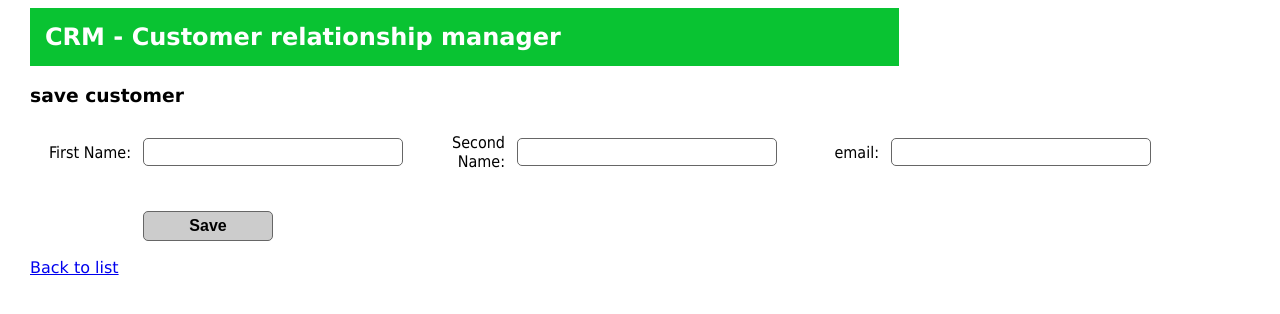
Repository: rapier250damage/WorkPlace
Page: http://localhost/web-customer-tracker/WEB-INF/view/customer-form.jsp
These files come from the project's save history. The page is drawn as it stood at one moment and after the next save; the edit follows.
The browser window is 1280 px wide. The pictures show the whole page.
The page is served by Tomcat 9. Nobody is signed in. Other server files are loaded and not shown. The template is opened directly, without the code that normally fills it, so the values that code supplies are empty.

Above is the page before, as saved 2019-05-13 18:22:31.

### web-customer-tracker/WebContent/WEB-INF/view/customer-form.jsp
<%@ taglib prefix="form" uri="http://www.springframework.org/tags/form" %>

<!DOCTYPE html>
<html>
<head>
	<title>Save Customer</title>
	<link type="text/css"
		rel="stylesheet"
		href="${pageContext.request.contextPath}/resources/css/style.css">
	<link type="text/css"
		rel="stylesheet"
		href="${pageContext.request.contextPath}/resources/css/add-customer-style.css">
</head>

<body>
	<div id="wrapper">
		<div id="header">
			<h2>CRM - Customer relationship manager</h2>
		</div>
	</div>

	<div id="container">
		<h3>save customer</h3>
		<form:form action="saveCustomer" modelAttribute="customer" method="POST">
			<table>
				<tbody>
					<tr>
						<td><label>First Name: </label></td>
						<td><form:input path="firstName" /></td>
						<td><label>Second Name: </label></td>
						<td><form:input path="secondName" /></td>
						<td><label>email: </label></td>
						<td><form:input path="email" /></td>
					</tr>
					<tr>
						<td><label></label></td>
						<td><input type="submit" value="Save" class="save" /></td>
					</tr>
				</tbody>
			</table>
		</form:form>

		<div style="clear; both;"> </div>

		<p>
			<a href="${pageContext.request.contextPath}/customer/list">Back to list</a>
		</p>
	</div>

</body>
</html>

### web-customer-tracker/WebContent/resources/css/style.css
html, body{
	margin-left:15px; margin-right:15px;
	padding:0px;
	font-family:Verdana, Arial, Helvetica, sans-serif;
}

table {
	border-collapse:collapse;
	border-bottom:1px solid gray;
	font-family: Tahoma,Verdana,Segoe,sans-serif;
	width:72%;
}

th {
	border-bottom:1px solid gray;
	background:none repeat scroll 0 0 #09c332;
	padding:10px;
	color: #FFFFFF;
}

tr {
	border-top:1px solid gray;
	text-align:center;
}

tr:nth-child(even) {background: #FFFFFF}
tr:nth-child(odd) {background: #BBBBBB}

#wrapper {width: 100%; margin-top: 0px; }
#header {width: 70%; background: #09c332; margin-top: 0px; padding:15px 0px 15px 15px;}
#header h2 {width: 100%; margin:auto; color: #FFFFFF;}
#container {width: 100%; margin:auto}
#container h3 {color: #000;}
#container #content {margin-top: 20px;}

.add-button {
	border: 1px solid #666;
	border-radius: 5px;
	padding: 4px;
	font-size: 12px;
	font-weight: bold;
	width: 120px;
	padding: 5px 10px;

	margin-bottom: 15px;
	background: #cccccc;
}

Loaded but not shown: web-customer-tracker/WebContent/resources/css/add-customer-style.css (common file)

After the next save:
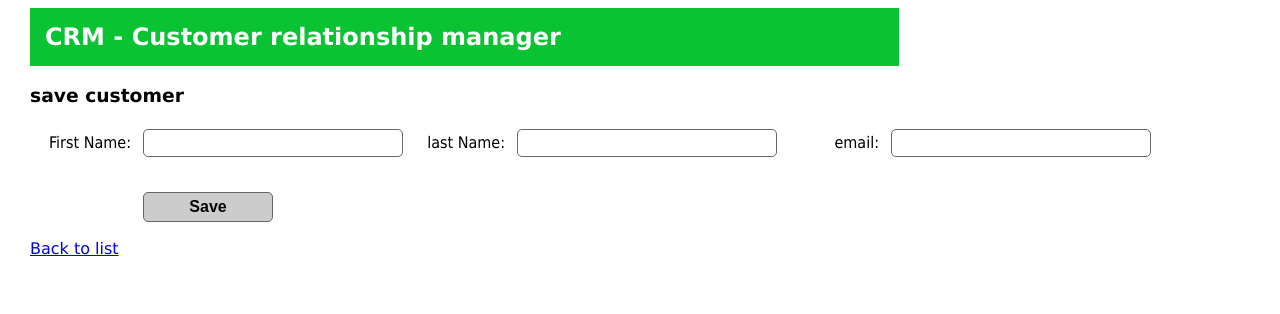
Saved 40 s later.
--- a/web-customer-tracker/WebContent/WEB-INF/view/customer-form.jsp
+++ b/web-customer-tracker/WebContent/WEB-INF/view/customer-form.jsp
@@ -27,8 +27,8 @@
 					<tr>
 						<td><label>First Name: </label></td>
 						<td><form:input path="firstName" /></td>
-						<td><label>Second Name: </label></td>
-						<td><form:input path="secondName" /></td>
+						<td><label>last Name: </label></td>
+						<td><form:input path="lastName" /></td>
 						<td><label>email: </label></td>
 						<td><form:input path="email" /></td>
 					</tr>
